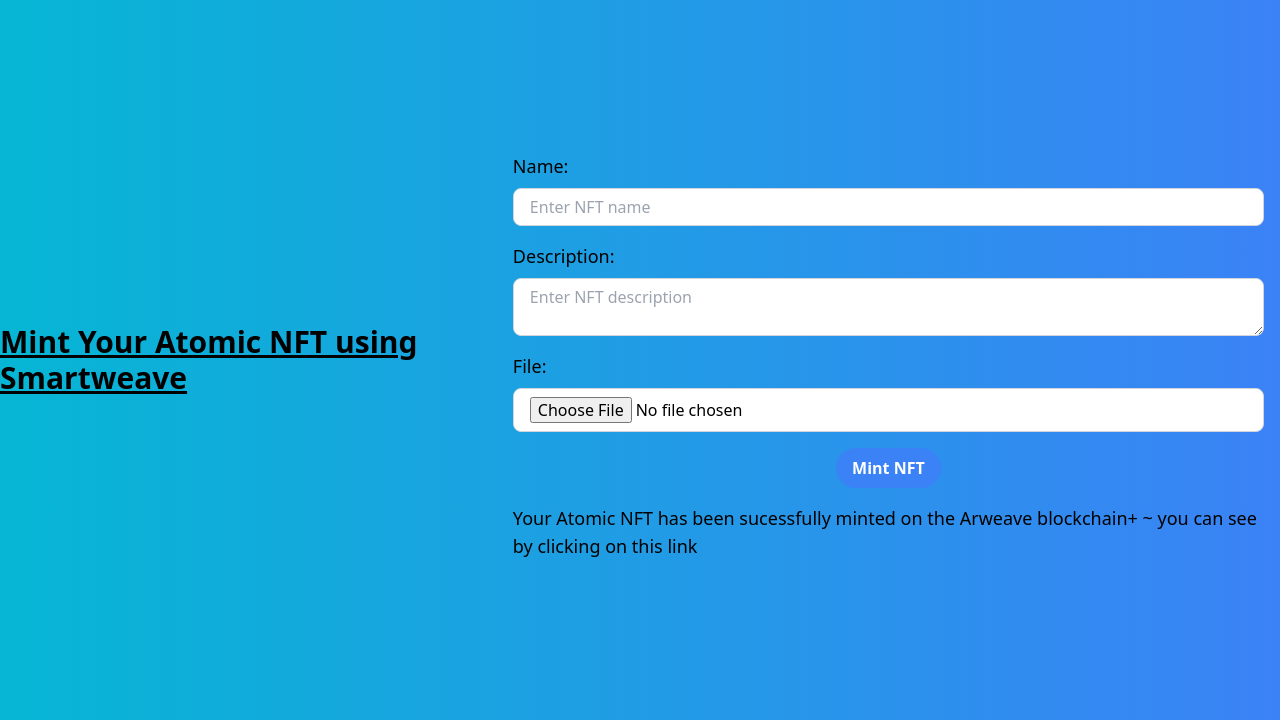
Repository: pawelpiwowarski/arweave-nft
Page: /
These files come from the project's save history. The page is drawn as it stood at one moment and after the next save; the edit follows.
The browser window is 1280 px wide. The pictures show the whole page.
The project was rebuilt for these pictures with package versions that can differ from the ones it lists, and the page was loaded fresh each time. The framework's server and built-in components were replaced by stand-ins that run in the browser.

Above is the page before, as saved 2023-01-30 14:57:11.

After the next save:
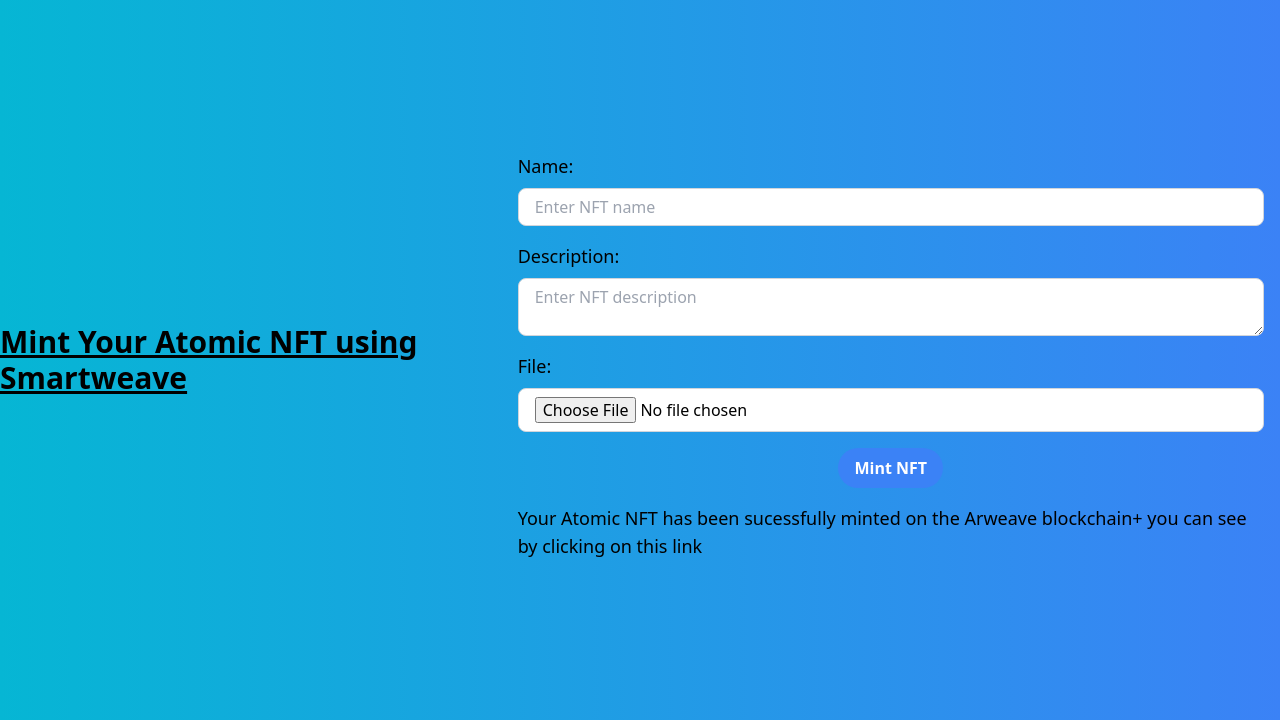
Saved 13 s later.
--- a/pages/index.tsx
+++ b/pages/index.tsx
@@ -87,7 +87,7 @@
   </div>
 
   <div className="flex flex-col m-4">
-    <p className="text-lg font-medium mb-2" > {  "Your Atomic NFT has been sucessfully minted on the Arweave blockchain"}+  ~{"\n"} {"you can see by clicking on this link"} <a target="_blank" href={respoonse}> {respoonse}</a></p>
+    <p className="text-lg font-medium mb-2" > {  "Your Atomic NFT has been sucessfully minted on the Arweave blockchain"}+  {"\n"} {"you can see by clicking on this link"} <a target="_blank" href={respoonse}> {respoonse}</a></p>
   </div>
 
 
